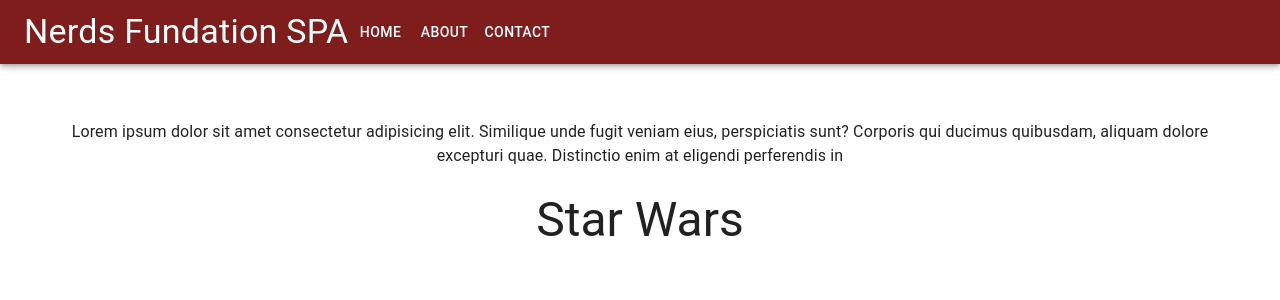
Repository: marianozamora/lisit-challenge
Page: /
The author's editor kept a copy of each file at every save. The page is drawn from the files as they stood at one save, then again after the next save.
The browser window is 1280 px wide. The pictures show the whole page.
The page's requests for data from a server got no answer. The project was rebuilt for these pictures with package versions that can differ from the ones it lists, and the page was loaded fresh each time. Some packages were replaced by stand-ins written for this rebuild. No one was signed in, and anything a server would have sent is missing. Also part of the build but not shown: vite.config.ts, src/components/Pagination.tsx.

Above is the page before, as saved 2023-05-11 00:51:11.

After the next save:
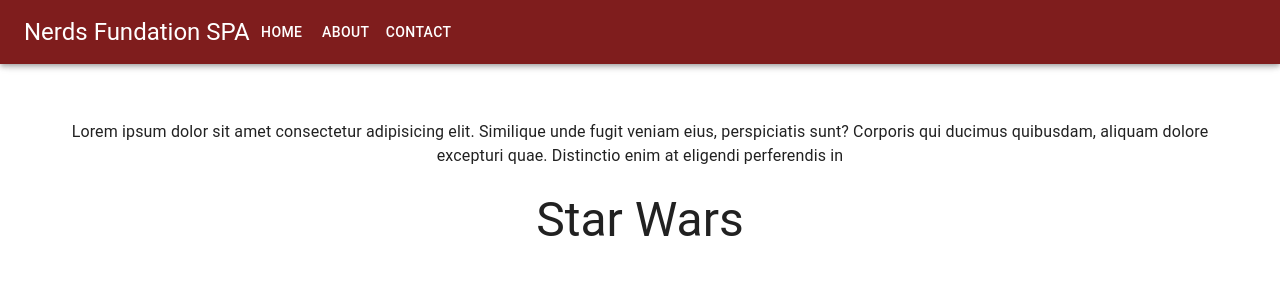
Saved 51 s later.
--- a/src/components/Header.tsx
+++ b/src/components/Header.tsx
@@ -58,7 +58,7 @@
                 <MenuIcon />
                 </IconButton>
                 <Typography
-                variant="h4"
+                variant="h5"
                 component="div"
                 className="text-white "
                 sx={{ display: { xs: 'none', sm: 'block' } }}
